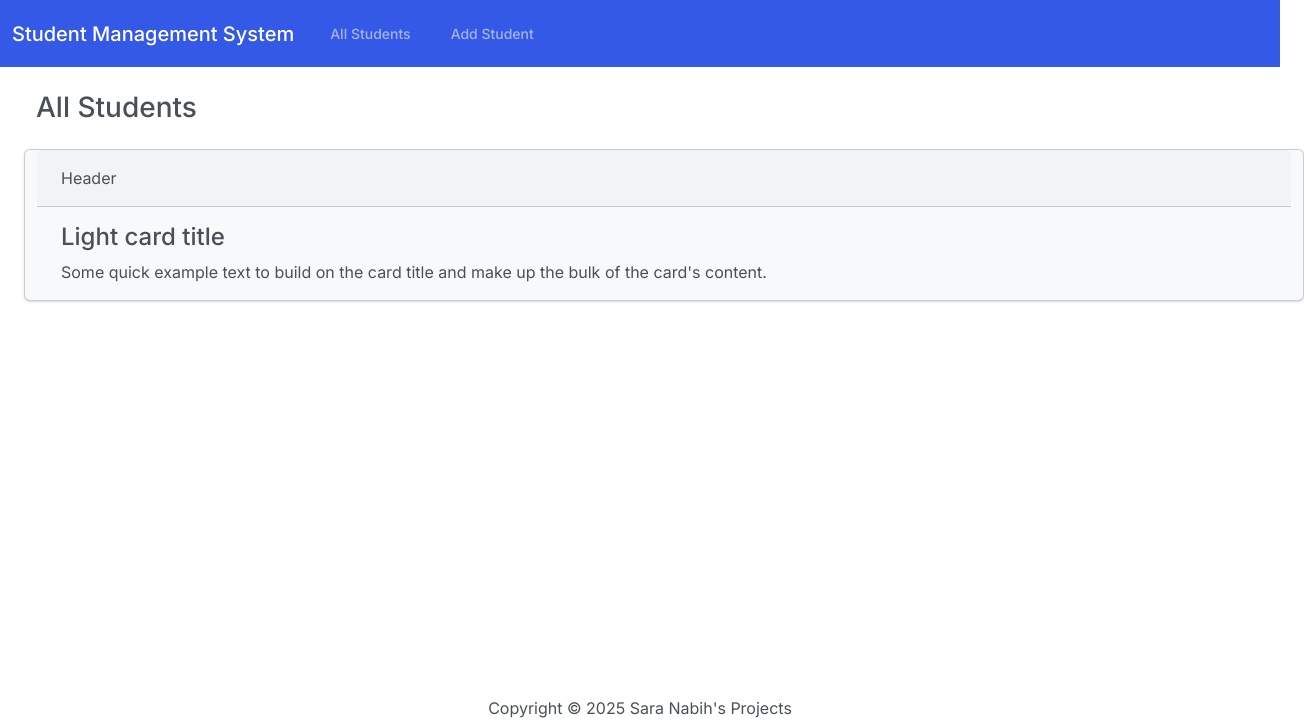
Repository: saraanbih/Student-Management-System
Page: http://localhost/
An editor plug-in stored every save of this project. The page is shown before and after the next save, followed by the edit.
The browser window is 1280 px wide. The page is 1304 px wide, so the pictures cover 1304 px, including what lies to the right of the window. The pictures show the whole page.
The page is served by the project's application, run on Django 5.2 (manage.py). Other server files are loaded and not shown.

Above is the page before, as saved 2025-09-11 15:36:33.

### students/templates/students/index.html
{% load static %}
<!DOCTYPE html>
<html lang="en">
  <head>
    <meta charset="UTF-8" />
    <meta name="viewport" content="width=device-width, initial-scale=1.0" />
    <title>Student Management System</title>
    <link href="{% static 'css/bootstrap.min.css' %}" rel="stylesheet" />
  </head>
  <body class="d-flex flex-column min-vh-100">
    <nav class="navbar navbar-expand-lg bg-primary" data-bs-theme="dark">
      <div class="container-fluid">
        <a class="navbar-brand" href="#">Student Management System</a>
        <button
          class="navbar-toggler"
          type="button"
          data-bs-toggle="collapse"
          data-bs-target="#navbarColor01"
          aria-controls="navbarColor01"
          aria-expanded="false"
          aria-label="Toggle navigation"
        >
          <span class="navbar-toggler-icon"></span>
        </button>
        <div class="collapse navbar-collapse" id="navbarColor01">
          <ul class="navbar-nav me-auto">
            <li class="nav-item">
              <a class="nav-link" href="#">All Students</a>
            </li>
            <li class="nav-item">
              <a class="nav-link" href="#">Add Student</a>
            </li>
          </ul>
        </div>
      </div>
    </nav>

    <div class="container-fluid">
      <h3 class="m-4">All Students</h3>
      <div class="row">
        <div class="col-12">
          </div>
            <div class="card bg-light ms-4 me-4 mb-4">
              <div class="card-header">Header</div>
              <div class="card-body">
                <h4 class="card-title">Light card title</h4>
                <p class="card-text">Some quick example text to build on the card title and make up the bulk of the card's content.</p>
              </div>
            </div>
        </div>
      </div>
    </div>
    <footer class="mt-auto mp-4">
      <div class="text-center">
        <span>
          Copyright &copy; <script>document.write(new Date().getFullYear())</script> Sara Nabih's Projects
        </span>
      </div>

    </footer>
    <script
      src="https://cdn.jsdelivr.net/npm/bootstrap@5.3.8/dist/js/bootstrap.bundle.min.js"
      integrity="sha384-FKyoEForCGlyvwx9Hj09JcYn3nv7wiPVlz7YYwJrWVcXK/BmnVDxM+D2scQbITxI"
      crossorigin="anonymous"
    ></script>
  </body>
</html>

### students/views.py
from django.shortcuts import render
from .models import Student

# Create your views here.
def index(request):
  return render(request, 'students/index.html', {
    'students': Student.objects.all()
  })

### django_project/urls.py
"""
URL configuration for django_project project.

The `urlpatterns` list routes URLs to views. For more information please see:
    https://docs.djangoproject.com/en/5.2/topics/http/urls/
Examples:
Function views
    1. Add an import:  from my_app import views
    2. Add a URL to urlpatterns:  path('', views.home, name='home')
Class-based views
    1. Add an import:  from other_app.views import Home
    2. Add a URL to urlpatterns:  path('', Home.as_view(), name='home')
Including another URLconf
    1. Import the include() function: from django.urls import include, path
    2. Add a URL to urlpatterns:  path('blog/', include('blog.urls'))
"""
from django.contrib import admin
from django.urls import path, include

urlpatterns = [
    path('admin/', admin.site.urls),
    path('', include('students.urls')),
]

### students/urls.py
from django.urls import path
from . import views

urlpatterns = [
  path('', views.index, name='index'),

]

Loaded but not shown: students/static/css/bootstrap.min.css (library)

After the next save:
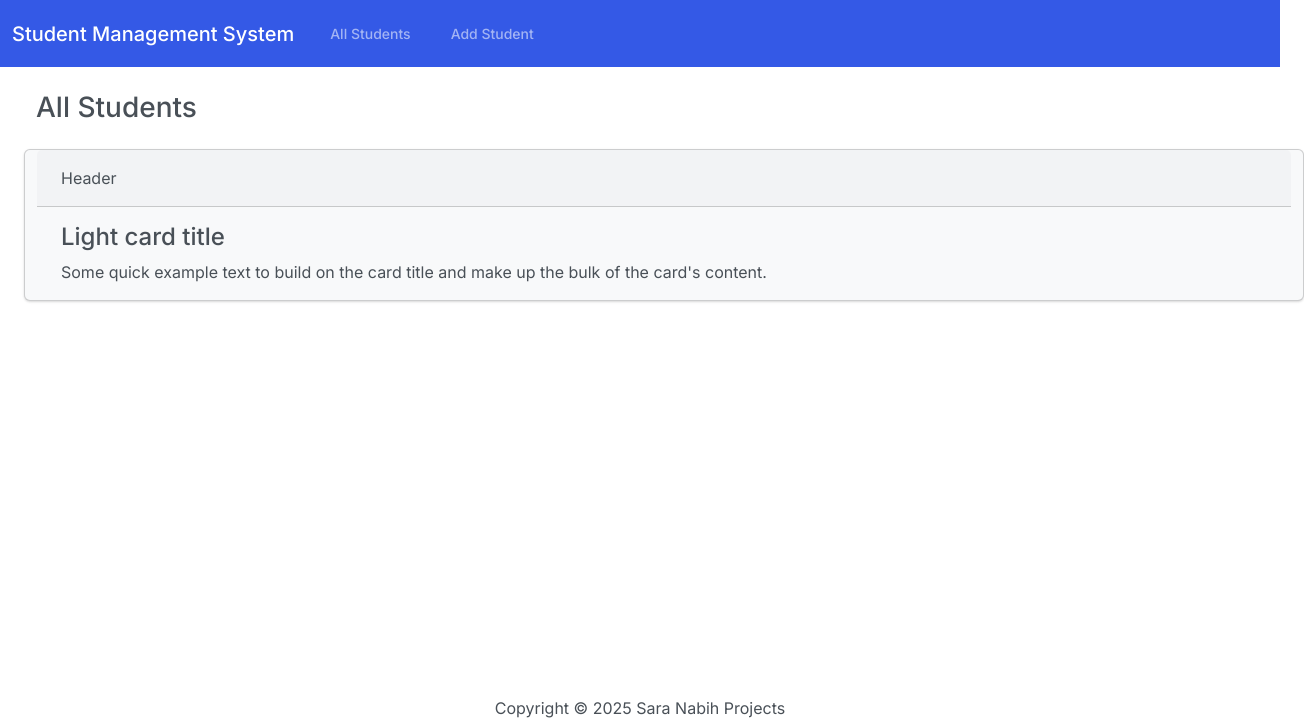
Saved 9 s later.
--- a/students/templates/students/index.html
+++ b/students/templates/students/index.html
@@ -53,7 +53,7 @@
     <footer class="mt-auto mp-4">
       <div class="text-center">
         <span>
-          Copyright &copy; <script>document.write(new Date().getFullYear())</script> Sara Nabih's Projects
+          Copyright &copy; <script>document.write(new Date().getFullYear())</script> Sara Nabih Projects
         </span>
       </div>
 
